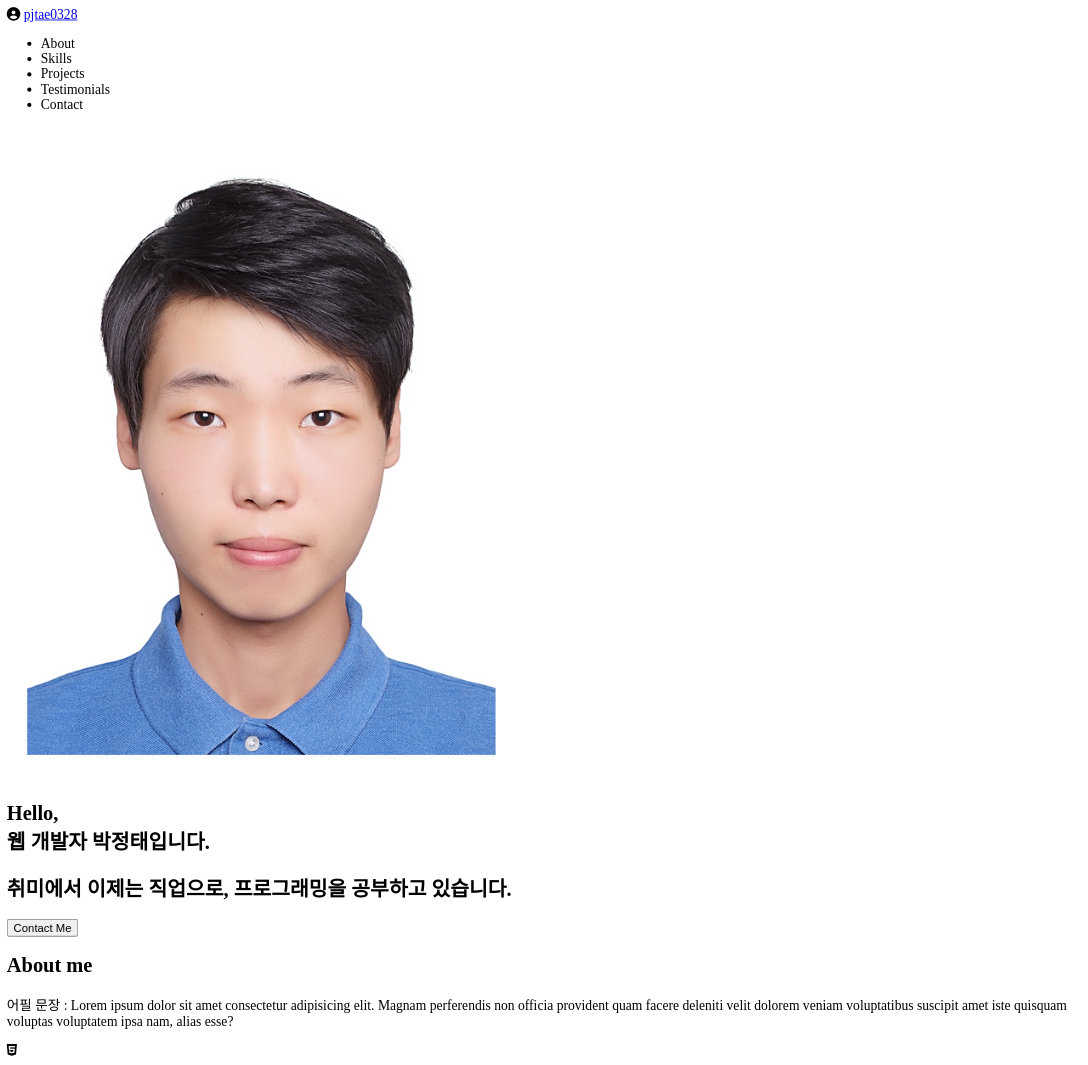
Repository: pjtae0328/Portfolio
Page: index.html
An editor plug-in stored every save of this project. The page is shown before and after the next save, followed by the edit.
The browser window is 1280 px wide. The pictures show the whole page, at 85% of full size.
Some web libraries are served in a nearby version.

Above is the page before, as saved 2021-08-26 21:37:03.

After the next save:
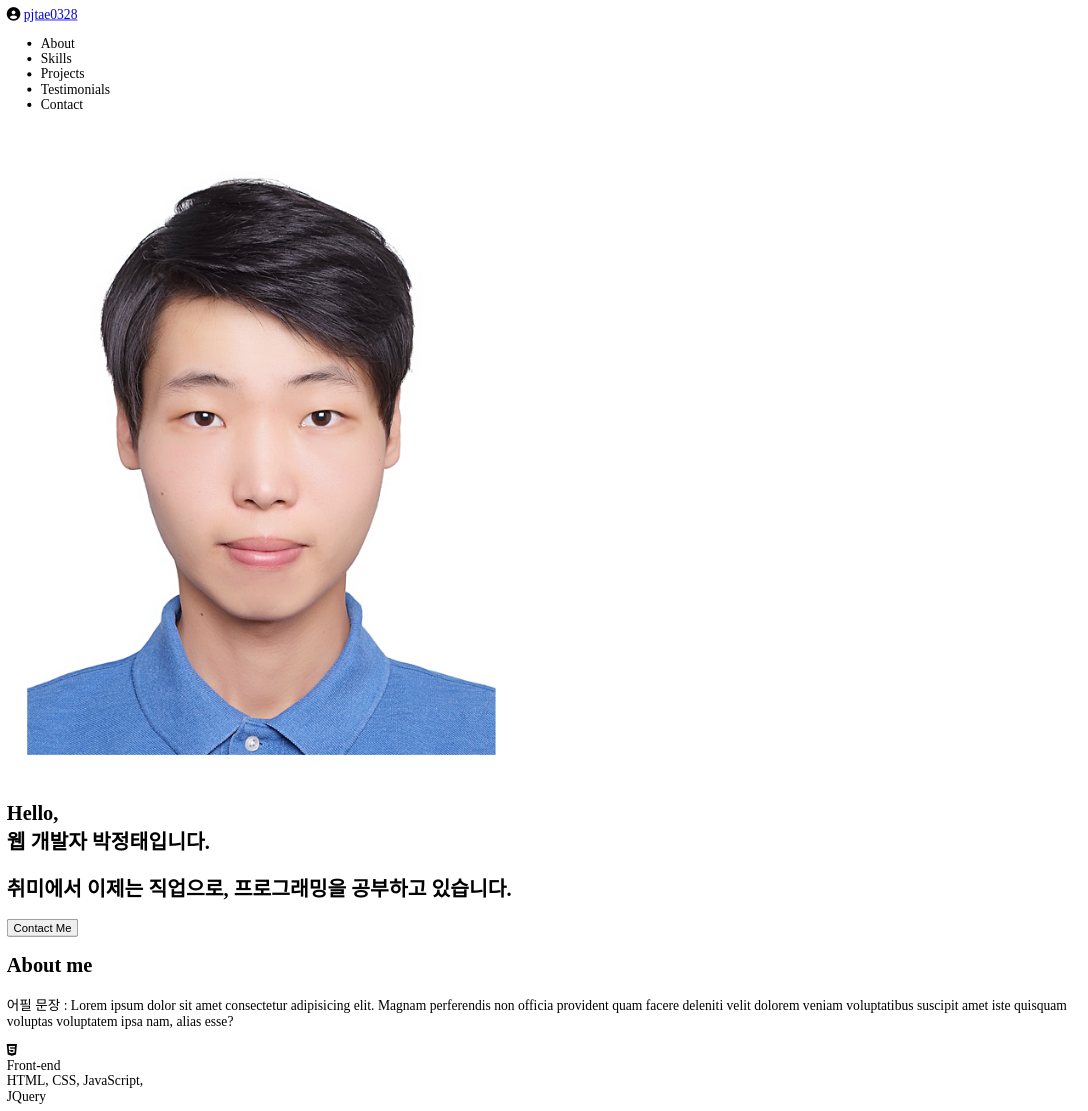
Saved 53 s later.
--- a/index.html
+++ b/index.html
@@ -60,8 +60,11 @@
                 <div class="major__icon">
                     <i class="fab fa-html5"></i>
                 </div>
-                <div class="major_title"></div>
-                <div class="major__description"></div>
+                <div class="major_title">Front-end</div>
+                <div class="major__description">
+                    HTML, CSS, JavaScript,
+                    <br>JQuery
+                </div>
             </div>
         </div>
     </section>
